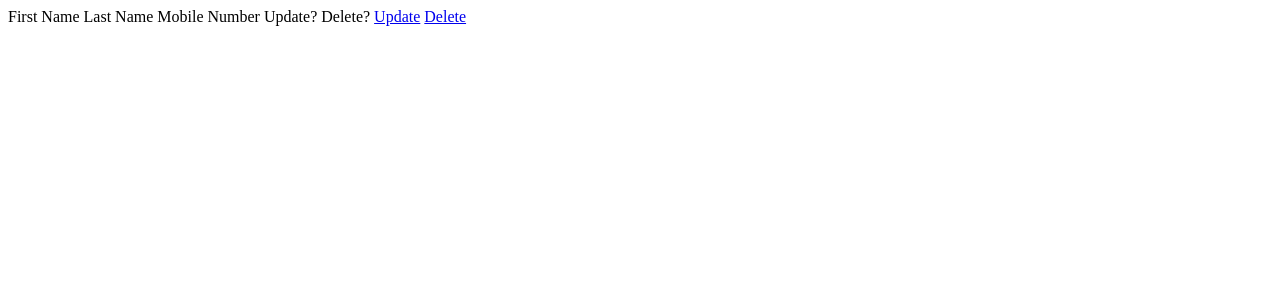
Repository: aamir5773/Spring
Page: http://localhost/SpringMvcEmployeeManagement-1WithJdbc/viewEmployee.do
The author's editor kept a copy of each file at every save. The page is drawn from the files as they stood at one save, then again after the next save.
The browser window is 1280 px wide. The pictures show the whole page.
The page is served by Tomcat 9. Queries for data that is not in the repository find no rows.

Above is the page before, as saved 2019-11-14 10:20:26.

After the next save:
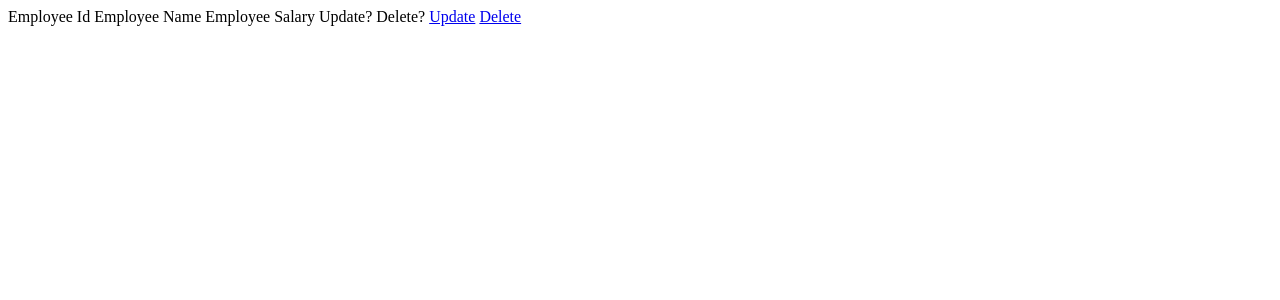
Saved 76 s later.
--- a/SpringMvcEmployeeManagement-1WithJdbc/WebContent/WEB-INF/pages/ViewEmployee.jsp
+++ b/SpringMvcEmployeeManagement-1WithJdbc/WebContent/WEB-INF/pages/ViewEmployee.jsp
@@ -9,9 +9,9 @@
 <body>
 	<%-- <%= request.getAttribute("employeeList") %> --%>
 	<tr>
-			<th>First Name</th>
-			<th>Last Name</th>
-			<th>Mobile Number</th>
+			<th>Employee Id</th>
+			<th>Employee Name</th>
+			<th>Employee Salary</th>
 			<th>Update?</th>
 			<th>Delete?</th>
 		</tr>
